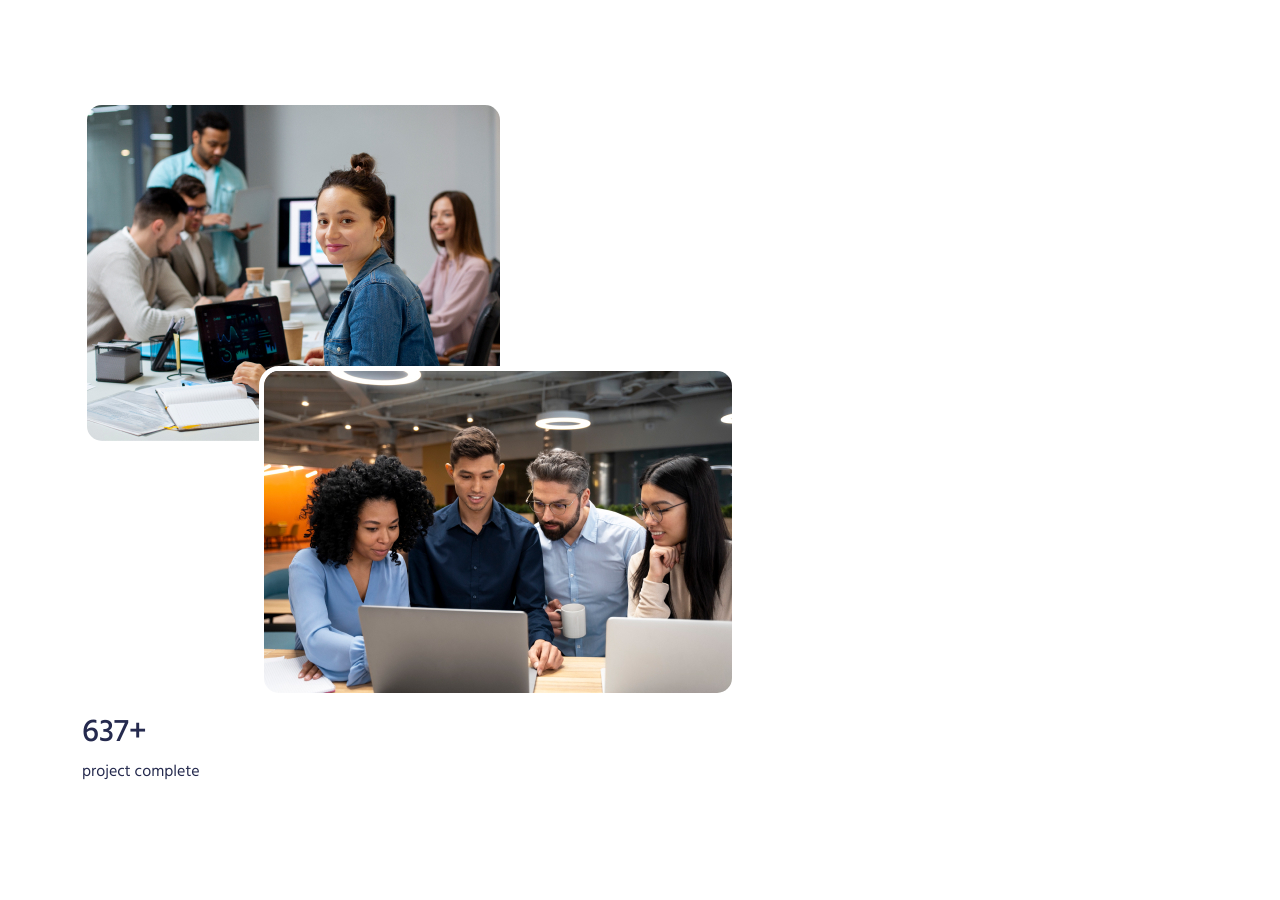
Repository: tagnam/mirehel2.0
Page: about.html
These files come from the project's save history. The page is drawn as it stood at one moment and after the next save; the edit follows.
The browser window is 1280 px wide. The pictures show the whole page.

Above is the page before, as saved 2025-02-03 11:59:06.

After the next save:
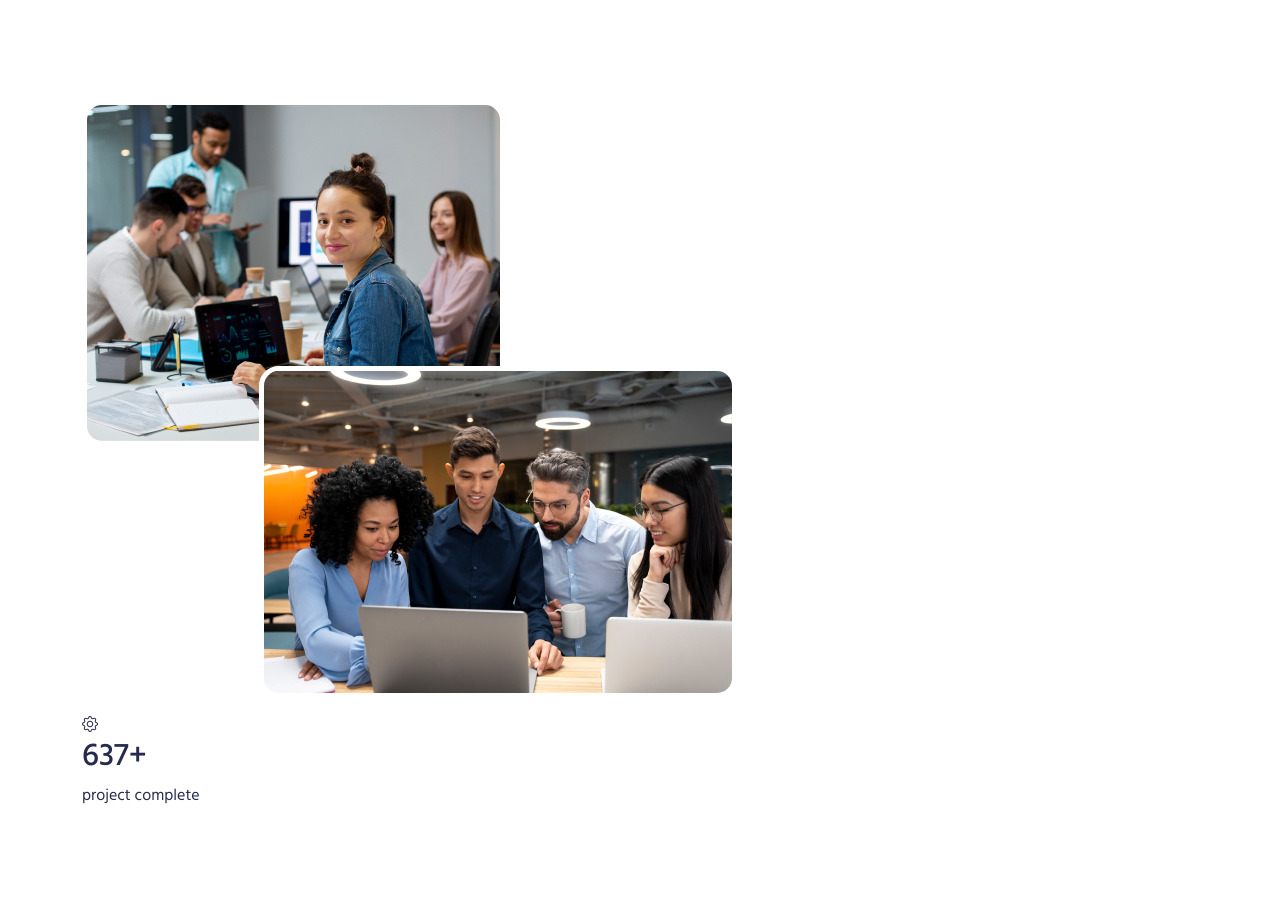
Saved 55 s later.
--- a/about.html
+++ b/about.html
@@ -24,7 +24,7 @@
                     </figure>
                     <div class="project-counter">
                         <div class="project-icon">
-
+                            <i class="bi bi-gear"></i>
                         </div>
                         <div class="project-number">
                             <h2>637+</h2>
